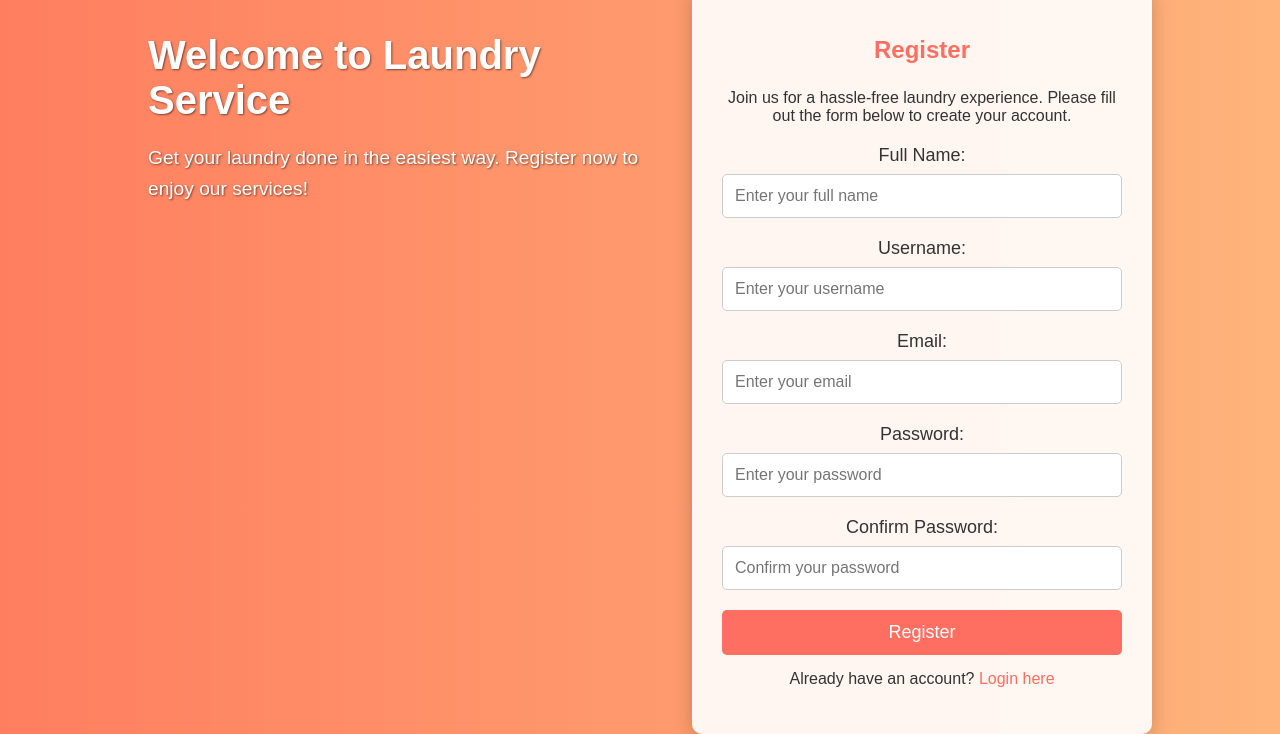
Repository: wmrmweerakoon/Online-Laundry-Management-System
Page: http://localhost/LaundryManagementSystem/Register.jsp
An editor plug-in stored every save of this project. The page is shown before and after the next save, followed by the edit.
The browser window is 1280 px wide. The pictures show the whole page.
The page is served by Tomcat 9. Other server files are loaded and not shown.

Above is the page before, as saved 2024-10-07 09:34:30.

### Projects/LaundryManagementSystem/src/main/webapp/Register.jsp
<%@ page language="java" contentType="text/html; charset=UTF-8"
    pageEncoding="UTF-8"%>
<!DOCTYPE html>
<html lang="en">
<head>
    <meta charset="UTF-8">
    <meta name="viewport" content="width=device-width, initial-scale=1.0">
    <title>Register - Online Laundry Management System</title>
    <link rel="stylesheet" href="CSS/Register.css">
</head>
<body>
    <div class="register-background">
        <!-- Updated content-container div for layout -->
        <div class="content-container">
            <!-- Text content side-by-side with form -->
            <div class="text-content">
                <h1>Welcome to Laundry Service</h1>
                <p>Get your laundry done in the easiest way. Register now to enjoy our services!</p>
            </div>

            <!-- Register form container -->
            <div class="register-container">
                <h2>Register</h2>
                <p class="info-text">Join us for a hassle-free laundry experience. Please fill out the form below to create your account.</p>

                <form id="registerForm" action="RegisterServlet" method="POST" onsubmit="return validateForm()">
                    <div class="form-group">
                        <label for="fullname">Full Name:</label>
                        <input type="text" id="fullname" name="fullname" placeholder="Enter your full name" required>
                    </div>
                    <div class="form-group">
                        <label for="username">Username:</label>
                        <input type="text" id="username" name="username" placeholder="Enter your username" required>
                    </div>
                    <div class="form-group">
                        <label for="email">Email:</label>
                        <input type="email" id="email" name="email" placeholder="Enter your email" required>
                    </div>
                    <div class="form-group">
                        <label for="password">Password:</label>
                        <input type="password" id="password" name="password" placeholder="Enter your password" required>
                    </div>
                    <div class="form-group">
                        <label for="confirmPassword">Confirm Password:</label>
                        <input type="password" id="confirmPassword" name="confirmPassword" placeholder="Confirm your password" required>
                    </div>
                    <button type="submit">Register</button>
                </form>
                <p>Already have an account? <a href="Login.jsp">Login here</a></p>
            </div>
        </div>
    </div>

    <script>
        function validateForm() {
            const fullname = document.getElementById('fullname').value.trim();
            const username = document.getElementById('username').value.trim();
            const email = document.getElementById('email').value.trim();
            const password = document.getElementById('password').value;
            const confirmPassword = document.getElementById('confirmPassword').value;

            let valid = true;
            let errorMessage = "";

            clearErrors();

            // Validate Full Name
            if (fullname === "") {
                valid = false;
                errorMessage = "Full Name is required.";
                showError('fullname', errorMessage);
            }

            // Validate Username
            if (username === "") {
                valid = false;
                errorMessage = "Username is required.";
                showError('username', errorMessage);
            }

            // Validate Email
            if (email === "") {
                valid = false;
                errorMessage = "Email is required.";
                showError('email', errorMessage);
            } else if (!validateEmail(email)) {
                valid = false;
                errorMessage = "Invalid email format.";
                showError('email', errorMessage);
            }

            // Validate Password
            if (password === "") {
                valid = false;
                errorMessage = "Password is required.";
                showError('password', errorMessage);
            } else if (password.length < 8) {
                valid = false;
                errorMessage = "Password must be at least 8 characters long.";
                showError('password', errorMessage);
            }

            // Validate Confirm Password
            if (confirmPassword === "") {
                valid = false;
                errorMessage = "Please confirm your password.";
                showError('confirmPassword', errorMessage);
            } else if (password !== confirmPassword) {
                valid = false;
                errorMessage = "Passwords do not match.";
                showError('confirmPassword', errorMessage);
            }

            return valid;
        }

        function showError(inputId, message) {
            const errorElement = document.createElement('span');
            errorElement.className = 'error';
            errorElement.textContent = message;

            const inputField = document.getElementById(inputId);
            inputField.parentNode.insertBefore(errorElement, inputField.nextSibling);
        }

        function clearErrors() {
            const errorElements = document.querySelectorAll('.error');
            errorElements.forEach(element => {
                element.remove();
            });
        }

        function validateEmail(email) {
            const emailPattern = /^[^\s@]+@[^\s@]+\.[^\s@]+$/;
            return emailPattern.test(email);
        }
    </script>
</body>
</html>

### Projects/LaundryManagementSystem/src/main/webapp/CSS/Register.css
@charset "UTF-8";

body {
    font-family: 'Arial', sans-serif;
    margin: 0;
    padding: 0;
    height: 100vh;
    display: flex;
    justify-content: center;
    align-items: center;
    background: linear-gradient(to right, #ff7e5f, #feb47b); /* Gradient background */
}

.register-background {
    display: flex;
    justify-content: center;
    align-items: center;
    width: 100%;
    height: 100%;
    background: linear-gradient(to right, #ff7e5f, #feb47b); /* Matching gradient */
}

.content-container {
    display: flex;
    width: 80%;
    max-width: 1200px;
    justify-content: space-between;
    align-items: flex-start; /* Align items to the start */
    color: white;
}

.text-content {
    flex: 1; /* Allows the text to take available space on the left */
    padding: 20px;
    color: #fff;
    font-size: 1.2rem;
    text-shadow: 1px 1px 2px rgba(0, 0, 0, 0.5); /* Text shadow for clarity on gradient */
}

.text-content h1 {
    font-size: 2.5rem;
    margin-bottom: 20px;
}

.text-content p {
    line-height: 1.6;
    margin-bottom: 20px;
}

.register-container {
    background-color: rgba(255, 255, 255, 0.9);
    padding: 30px; /* Reduced padding to minimize the height */
    border-radius: 10px;
    box-shadow: 0 4px 20px rgba(0, 0, 0, 0.2);
    width: 400px;
    text-align: center;
    color: #333; /* Ensuring better contrast for form text */
    margin-left: auto; /* Push the form to the right */
}

h2 {
    color: #ff6f61;
    margin-bottom: 25px;
}

.info-text {
    margin-bottom: 20px;
    color: #333;
}

.form-group {
    margin-bottom: 20px;
}

label {
    font-size: 18px;
    color: #333;
}

input[type="text"],
input[type="email"],
input[type="password"] {
    width: 100%;
    padding: 12px;
    margin-top: 8px;
    border: 1px solid #ccc;
    border-radius: 5px;
    font-size: 16px;
    box-sizing: border-box; /* Ensure consistent sizing */
    transition: border-color 0.3s;
}

input:focus {
    border-color: #ff6f61;
}

button {
    width: 100%;
    padding: 12px;
    background-color: #ff6f61;
    color: #fff;
    border: none;
    border-radius: 5px;
    font-size: 18px;
    cursor: pointer;
    transition: background-color 0.3s;
}

button:hover {
    background-color: #ff4824;
}

.error {
    color: red;
    font-size: 14px;
    margin-top: 5px;
    margin-bottom: 10px;
}

p {
    margin-top: 15px;
}

p a {
    color: #ff6f61;
    text-decoration: none;
}

p a:hover {
    text-decoration: underline;
}

After the next save:
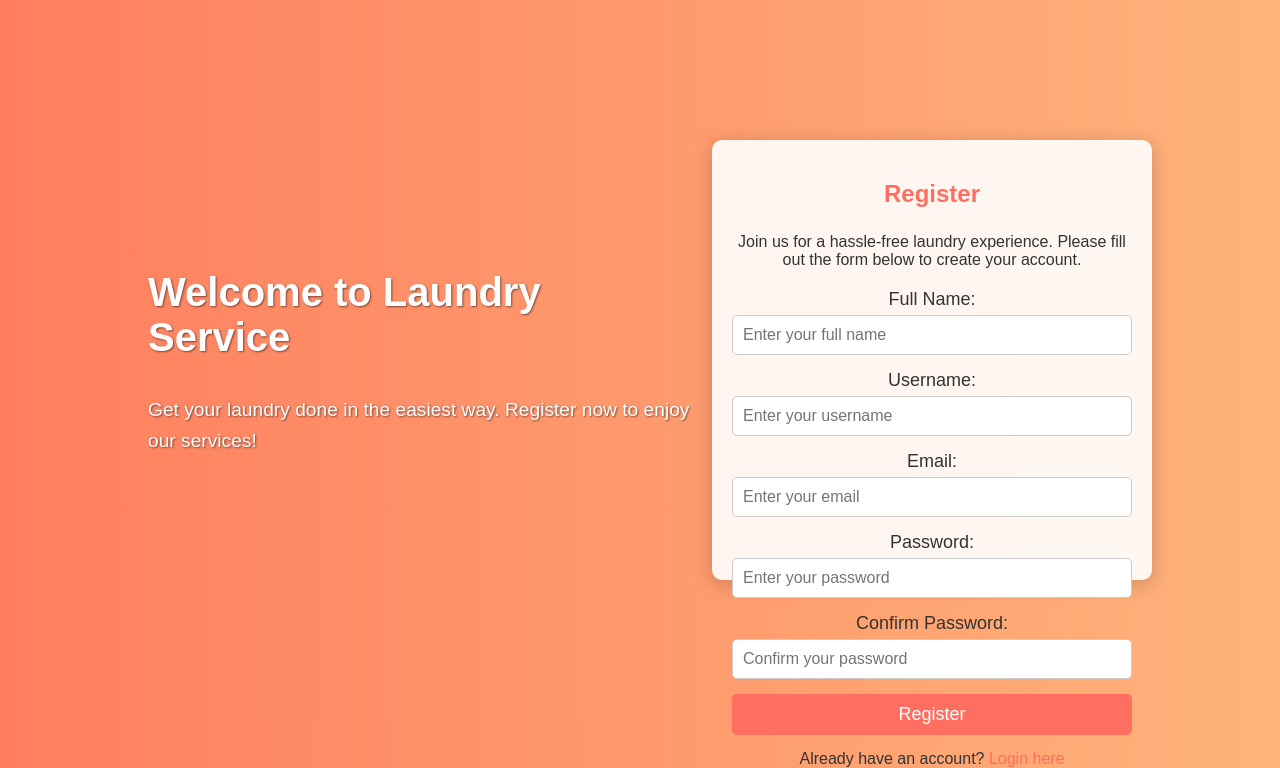
Saved 106 s later.
--- a/Projects/LaundryManagementSystem/src/main/webapp/CSS/Register.css
+++ b/Projects/LaundryManagementSystem/src/main/webapp/CSS/Register.css
@@ -25,7 +25,7 @@ body {
     width: 80%;
     max-width: 1200px;
     justify-content: space-between;
-    align-items: flex-start; /* Align items to the start */
+    align-items: center;
     color: white;
 }
 
@@ -35,6 +35,10 @@ body {
     color: #fff;
     font-size: 1.2rem;
     text-shadow: 1px 1px 2px rgba(0, 0, 0, 0.5); /* Text shadow for clarity on gradient */
+    display: flex; /* Enable flex for vertical alignment */
+    flex-direction: column; /* Align items in a column */
+    justify-content: center; /* Center content vertically */
+    height: 100%; /* Full height to align vertically */
 }
 
 .text-content h1 {
@@ -49,13 +53,14 @@ body {
 
 .register-container {
     background-color: rgba(255, 255, 255, 0.9);
-    padding: 30px; /* Reduced padding to minimize the height */
+    padding: 20px; /* Reduced padding to minimize the height */
     border-radius: 10px;
     box-shadow: 0 4px 20px rgba(0, 0, 0, 0.2);
     width: 400px;
     text-align: center;
     color: #333; /* Ensuring better contrast for form text */
     margin-left: auto; /* Push the form to the right */
+    max-height: 400px; /* Optional: Set a maximum height for the form */
 }
 
 h2 {
@@ -69,7 +74,7 @@ h2 {
 }
 
 .form-group {
-    margin-bottom: 20px;
+    margin-bottom: 15px; /* Reduced margin to minimize height */
 }
 
 label {
@@ -81,8 +86,8 @@ input[type="text"],
 input[type="email"],
 input[type="password"] {
     width: 100%;
-    padding: 12px;
-    margin-top: 8px;
+    padding: 10px; /* Reduced padding */
+    margin-top: 5px; /* Reduced margin */
     border: 1px solid #ccc;
     border-radius: 5px;
     font-size: 16px;
@@ -96,7 +101,7 @@ input:focus {
 
 button {
     width: 100%;
-    padding: 12px;
+    padding: 10px; /* Reduced padding */
     background-color: #ff6f61;
     color: #fff;
     border: none;
